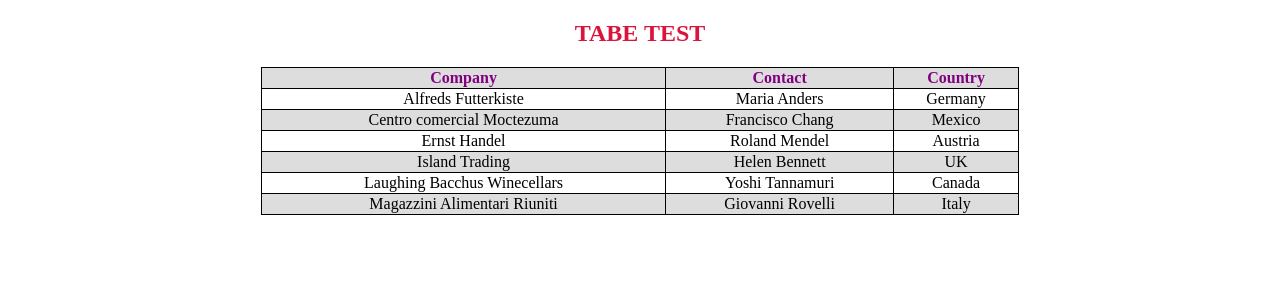
Repository: skybluelion/KB
Page: KB/work05_front/front01_html5/src/main/webapp/WEB-INF/html03_table.html
An editor plug-in stored every save of this project. The page is shown before and after the next save, followed by the edit.
The browser window is 1280 px wide. The pictures show the whole page.

Above is the page before, as saved 2023-04-07 04:46:02.

After the next save:
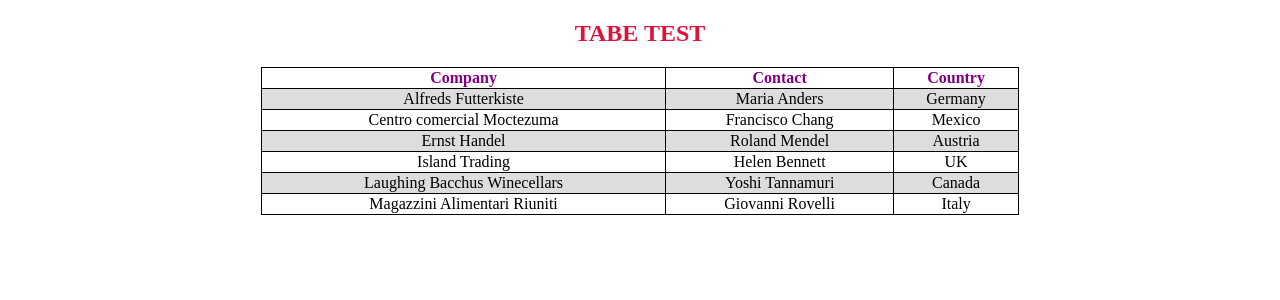
Saved 10 s later.
--- a/KB/work05_front/front01_html5/src/main/webapp/WEB-INF/html03_table.html
+++ b/KB/work05_front/front01_html5/src/main/webapp/WEB-INF/html03_table.html
@@ -30,7 +30,7 @@
 				color: purple;
 			}
 
-			tr:nth-child(odd) {
+			tr:nth-child(even) {
 				background-color: #dddddd;
 			}
 
